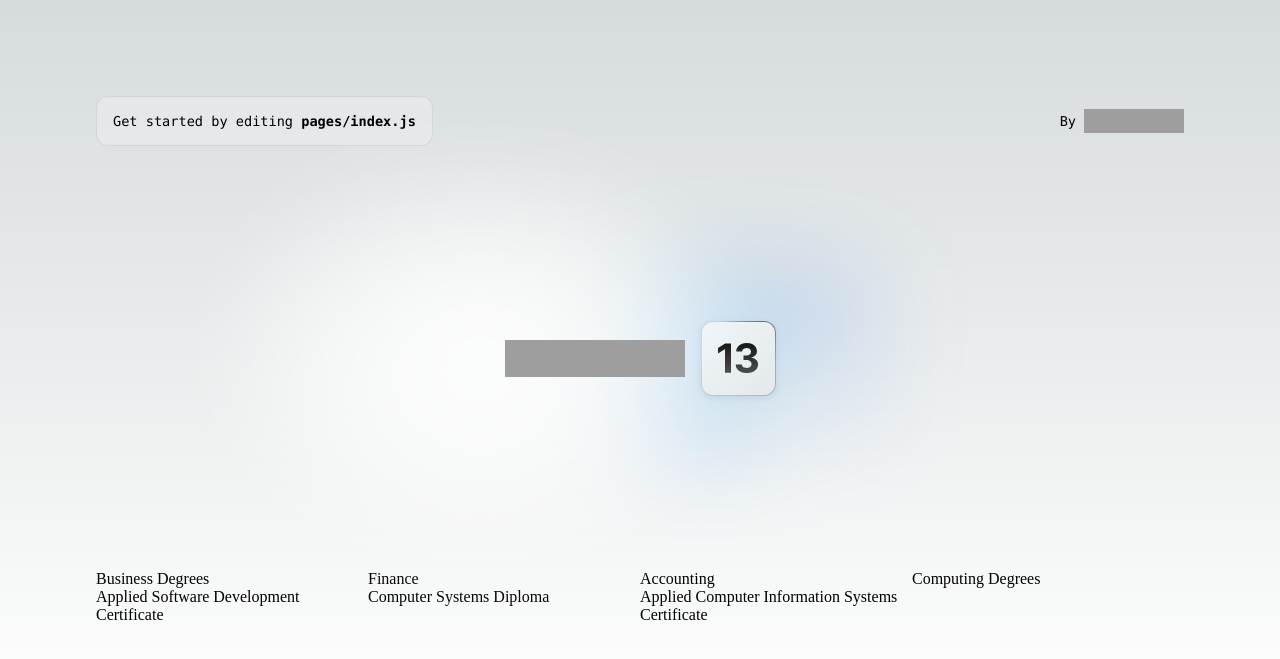
Repository: TeoEstrada9/Week-3-example
Page: /
These files come from the project's save history. The page is drawn as it stood at one moment and after a run of saves; the edit follows.
The browser window is 1280 px wide. The pictures show the whole page.
Pictures or frames that could not be fetched are drawn as grey boxes. The project was rebuilt for these pictures with package versions that can differ from the ones it lists, and the page was loaded fresh each time. The framework's server and built-in components were replaced by stand-ins that run in the browser. Also part of the build but not shown: next.config.js.

Above is the page before, as saved 2023-01-16 11:04:21.

After the next 3 saves:
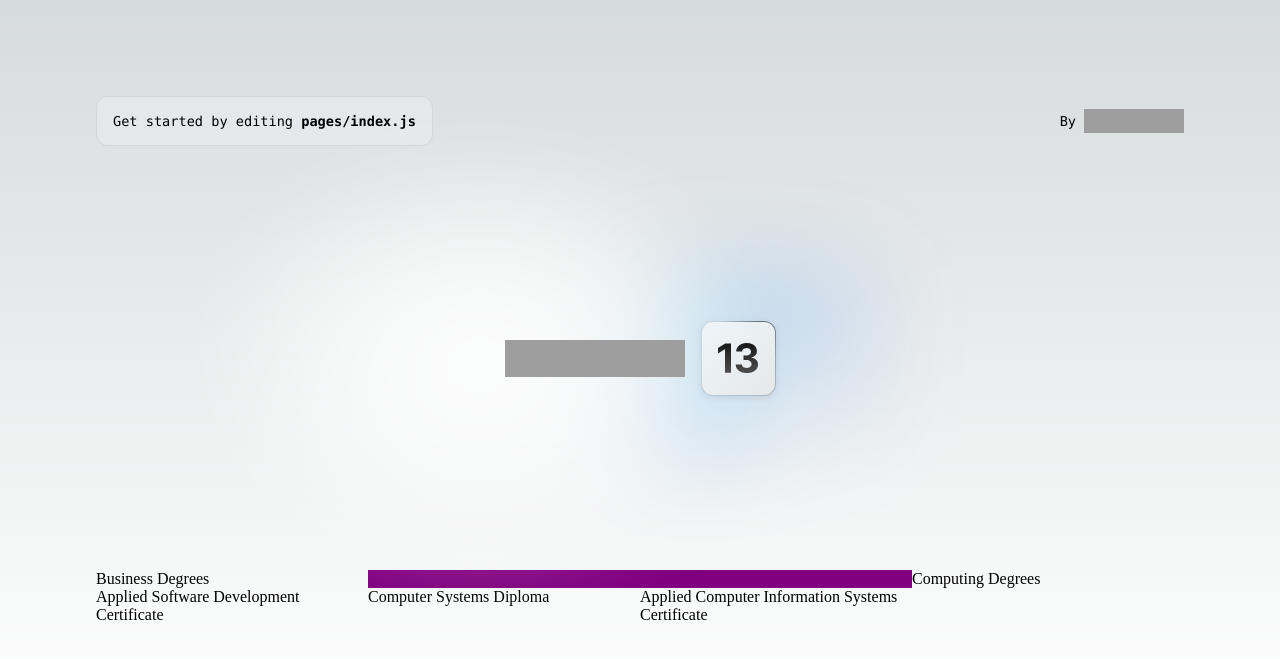
The 3 saves are shown as one change because 1 did not build or start and some came seconds apart.
The last was saved 52 s later.
--- a/pages/index.js
+++ b/pages/index.js
@@ -73,7 +73,7 @@ export default function Home() {
           {information && information.map((info, index) => {
             if(info.department === "Business")
             return(
-              <div key={index}>{info.degree}</div>
+              <Card key={index}>{info.degree}/></Card>
             )
 
           })}
